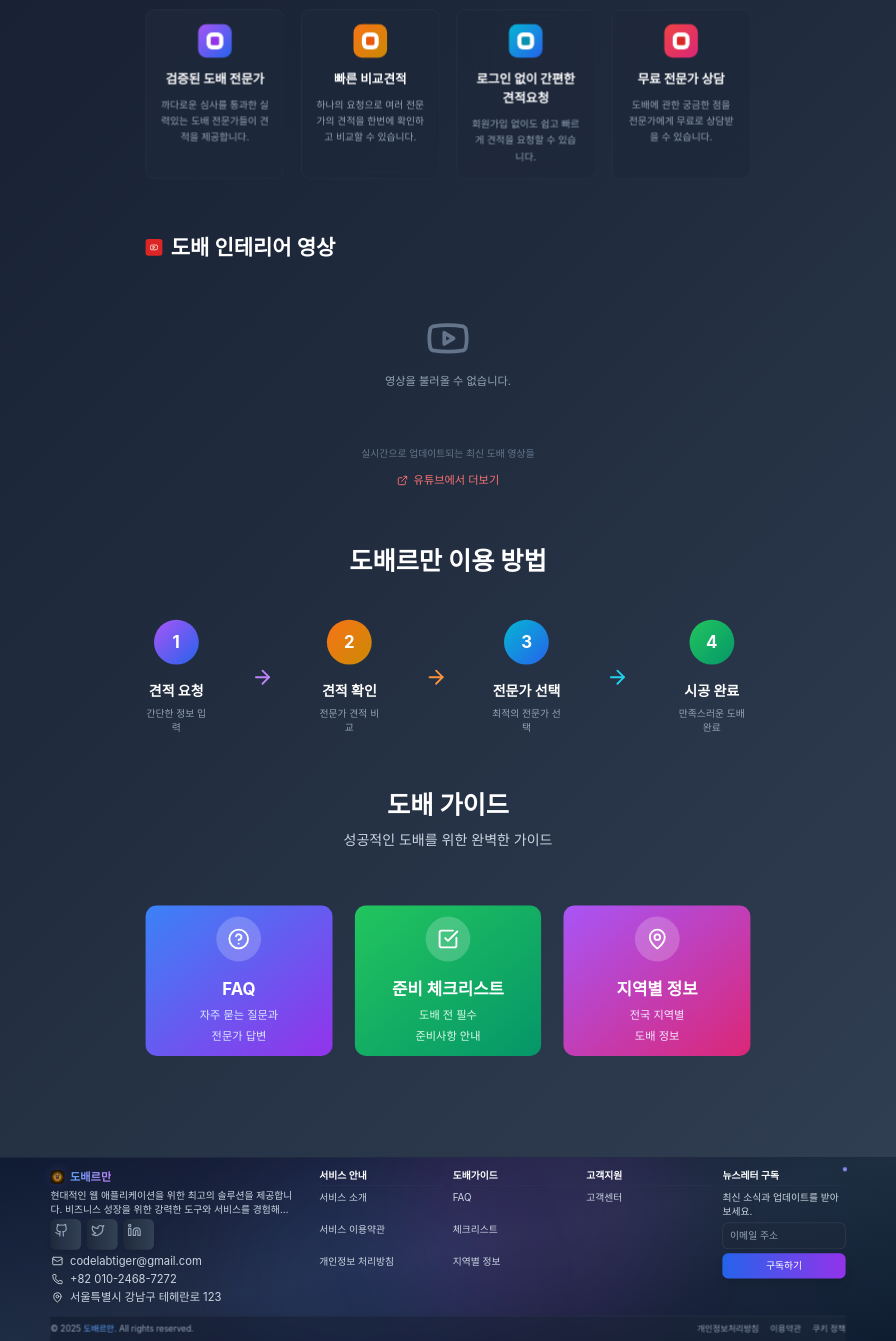
Repository: rambozzang/doberman_nextjs
Page: /
The author's editor kept a copy of each file at every save. The page is drawn from the files as they stood at one save, then again after the next save.
The browser window is 1280 px wide. The pictures show the part of the page from y = 1349 to 3269 px (the page is 3265 px tall before and 3269 px after), at 70% of full size.
The page's requests for data from a server got no answer. The project was rebuilt for these pictures with package versions that can differ from the ones it lists, and the page was loaded fresh each time. The framework's server and built-in components were replaced by stand-ins that run in the browser. No one was signed in, and anything a server would have sent is missing. Also part of the build but not shown: next.config.mjs, next.config.ts, src/components/AutoLogoutWarning.tsx, src/components/ForgotPasswordModal.tsx, src/components/LoginModal.tsx, src/components/RegisterModal.tsx.

Above is the page before, as saved 2025-06-28 10:00:35.

After the next save:
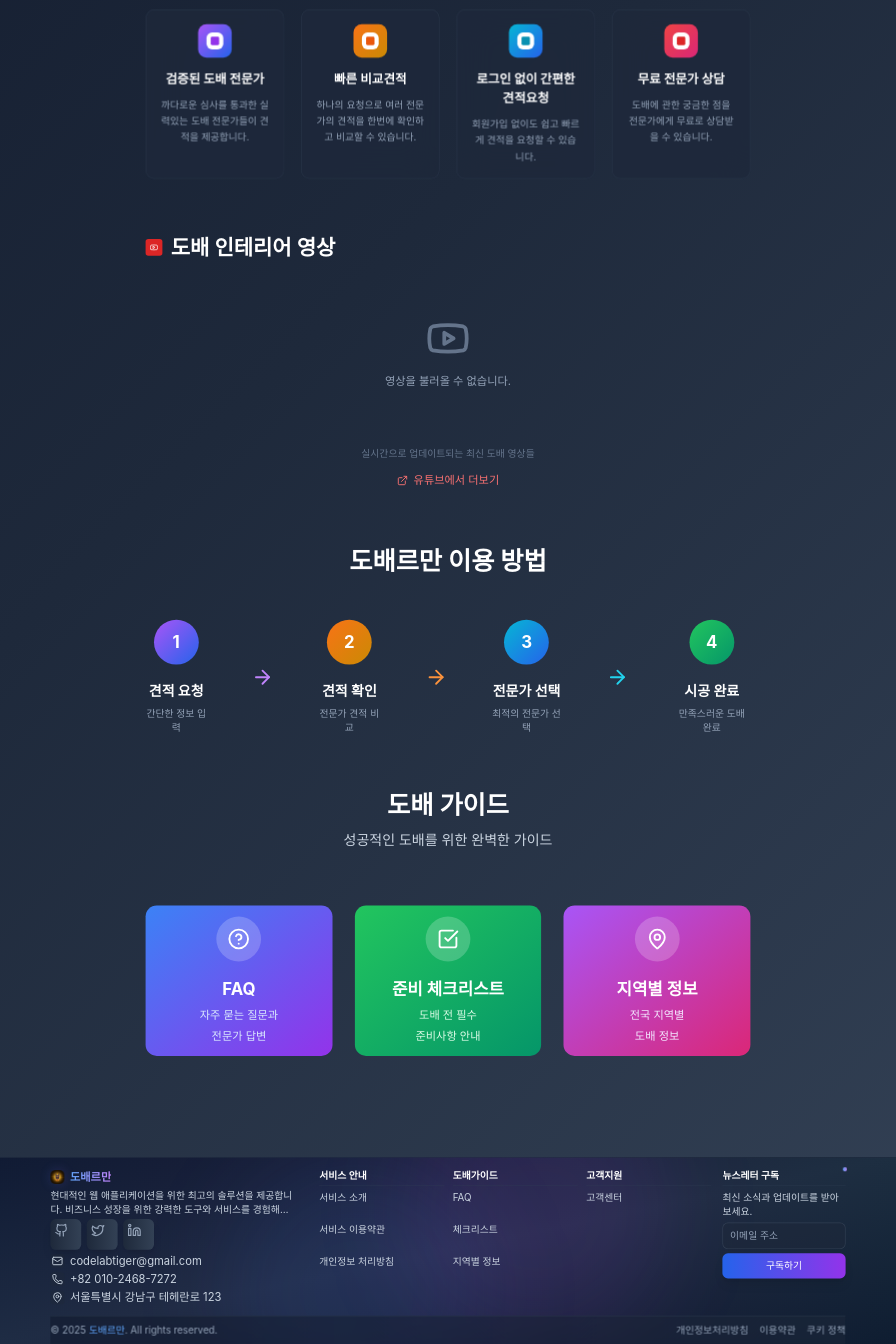
Saved 16 s later.
--- a/src/components/Footer.tsx
+++ b/src/components/Footer.tsx
@@ -357,27 +357,27 @@ const Footer: React.FC<FooterProps> = ({
           className="py-2 lg:py-2.5 border-t border-slate-700/50 bg-gradient-to-r from-slate-900/50 to-slate-800/50 backdrop-blur-sm"
         >
           <div className="flex flex-col md:flex-row justify-between items-center space-y-1 md:space-y-0">
-            <div className="text-xs sm:text-sm lg:text-xs text-slate-400">
+            <div className="text-sm sm:text-base lg:text-sm text-slate-400">
               © {new Date().getFullYear()} <span className="text-blue-400 font-medium">{logo}</span>. All rights reserved.
             </div>
             <div className="flex space-x-3 lg:space-x-4">
               <Link
                 href="/privacy"
-                className="text-xs sm:text-sm lg:text-xs text-slate-400 hover:text-blue-400 transition-colors relative group"
+                className="text-sm sm:text-base lg:text-sm text-slate-400 hover:text-blue-400 transition-colors relative group"
               >
                 개인정보처리방침
                 <span className="absolute bottom-0 left-0 w-0 h-px bg-gradient-to-r from-blue-400 to-purple-400 group-hover:w-full transition-all duration-300"></span>
               </Link>
               <Link
                 href="/terms"
-                className="text-xs sm:text-sm lg:text-xs text-slate-400 hover:text-blue-400 transition-colors relative group"
+                className="text-sm sm:text-base lg:text-sm text-slate-400 hover:text-blue-400 transition-colors relative group"
               >
                 이용약관
                 <span className="absolute bottom-0 left-0 w-0 h-px bg-gradient-to-r from-blue-400 to-purple-400 group-hover:w-full transition-all duration-300"></span>
               </Link>
               <Link
                 href="/cookies"
-                className="text-xs sm:text-sm lg:text-xs text-slate-400 hover:text-blue-400 transition-colors relative group"
+                className="text-sm sm:text-base lg:text-sm text-slate-400 hover:text-blue-400 transition-colors relative group"
               >
                 쿠키 정책
                 <span className="absolute bottom-0 left-0 w-0 h-px bg-gradient-to-r from-blue-400 to-purple-400 group-hover:w-full transition-all duration-300"></span>
